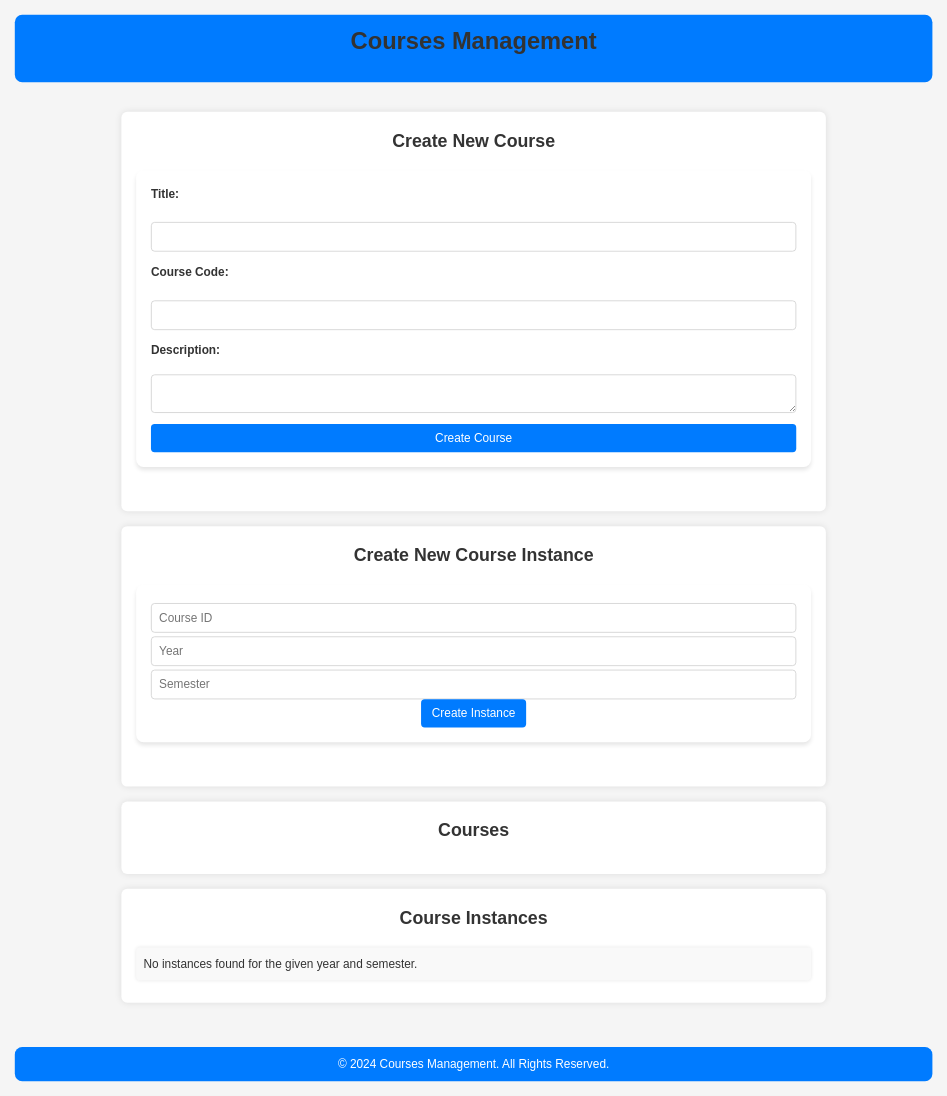
Repository: Rajdeep00-bit/Course_frontend
Page: /
These files come from the project's save history. The page is drawn as it stood at one moment and after the next save; the edit follows.
The browser window is 1280 px wide. The pictures show the whole page, at 74% of full size.
The page's requests for data from a server got no answer. The project was rebuilt for these pictures with package versions that can differ from the ones it lists, and the page was loaded fresh each time. No one was signed in, and anything a server would have sent is missing. Also part of the build but not shown: src/components/CourseInstanceDetails.js.

Above is the page before, as saved 2024-09-11 01:05:24.

### src/index.css
/* Reset some default styles */
* {
  margin: 0;
  padding: 0;
  box-sizing: border-box;
}

body {
  font-family: 'Arial', sans-serif;
  background-color: #f4f4f9;
  color: #333;
  line-height: 1.6;
  padding: 20px;
}

h1, h2, h3, h4, h5, h6 {
  margin-bottom: 20px;
  color: #333;
}

.container {
  max-width: 1200px;
  margin: 0 auto;
  padding: 20px;
}

/* General button styles */
button {
  background-color: #007bff;
  color: white;
  padding: 10px 15px;
  border: none;
  border-radius: 5px;
  cursor: pointer;
  font-size: 16px;
  transition: background-color 0.3s ease;
}

button:hover {
  background-color: #0056b3;
}

/* Form styles */
form {
  background-color: white;
  padding: 20px;
  margin-bottom: 40px;
  border-radius: 10px;
  box-shadow: 0 4px 6px rgba(0, 0, 0, 0.1);
}

form div {
  margin-bottom: 15px;
}

form label {
  display: block;
  margin-bottom: 5px;
  font-weight: bold;
}

form input[type="text"],
form input[type="number"],
form select {
  width: 100%;
  padding: 10px;
  margin-top: 5px;
  border: 1px solid #ccc;
  border-radius: 5px;
  font-size: 16px;
}

/* List styles */
ul {
  list-style: none;
  padding: 0;
}

li {
  background-color: white;
  padding: 15px;
  margin-bottom: 10px;
  border-radius: 10px;
  display: flex;
  justify-content: space-between;
  align-items: center;
  box-shadow: 0 4px 6px rgba(0, 0, 0, 0.1);
}

li button {
  background-color: #dc3545;
}

li button:hover {
  background-color: #c82333;
}

/* Header styles */
header {
  background-color: #007bff;
  color: white;
  padding: 20px;
  text-align: center;
  border-radius: 10px;
  margin-bottom: 40px;
}

/* Course and Course Instance Styles */
.course, .course-instance {
  display: flex;
  justify-content: space-between;
  align-items: center;
  padding: 15px;
  margin-bottom: 10px;
  background-color: white;
  border-radius: 10px;
  box-shadow: 0 4px 6px rgba(0, 0, 0, 0.1);
}

.course-info, .instance-info {
  display: flex;
  flex-direction: column;
}

.course-info h3, .instance-info h3 {
  margin-bottom: 5px;
}

/* Footer */
footer {
  text-align: center;
  padding: 20px;
  margin-top: 40px;
  background-color: #007bff;
  color: white;
  border-radius: 10px;
}

### src/App.js
import React, { useEffect, useState } from 'react';
import './App.css';
import CourseForm from './components/CourseForm';
import CourseInstanceForm from './components/CourseInstanceForm';
import CourseInstanceList from './components/CourseInstanceList';
import CourseList from './components/CourseList';
import CourseInstanceDetails from './components/CourseInstanceDetails';

function App() {
  const [courses, setCourses] = useState([]);
  const [instances, setInstances] = useState([]);
  const [year, setYear] = useState('');
  const [semester, setSemester] = useState('');
  const [selectedInstance, setSelectedInstance] = useState(null);
  const [fetchNewCourse, setFetchNewCourse] = useState(true);

  // Fetch all courses
  const fetchCourses = () => {
    fetch('http://127.0.0.1:8000/api/courses')
      .then(response => response.json())
      .then(data => setCourses(data))
      .catch((error) => {
        console.error('Error fetching courses:', error);
      });
  };

  // Fetch all course instances based on year and semester
  const fetchInstances = () => {
    if (!year || !semester) return;  // Prevent fetching if year or semester is not set
    fetch(`http://127.0.0.1:8000/api/instances/${year}/${semester}`)
      .then(response => response.json())
      .then(data => setInstances(data))  // Immediately update state with fetched instances
      .catch((error) => {
        console.error('Error fetching instances:', error);
      });
  };

  // Fetch course instance details for a specific instance
  const viewInstanceDetails = (id) => {
    fetch(`http://127.0.0.1:8000/api/instances/${year}/${semester}/${id}`)
      .then(response => response.json())
      .then(data => setSelectedInstance(data))  // Set selected instance to display its details
      .catch((error) => {
        console.error('Error fetching instance details:', error);
      });
  };

  // Delete a course instance and update the state in real-time
  const deleteInstance = (id) => {
    if (!window.confirm("Are you sure you want to delete this course instance?")) {
      return;
    }

    fetch(`http://127.0.0.1:8000/api/instances/${id}`, {
      method: 'DELETE'
    })
    .then(response => {
      if (response.ok) {
        // Update the instances state immediately after deletion
        const updatedInstances = instances.filter(instance => instance.id !== id);
        setInstances(updatedInstances);
        setSelectedInstance(null); // Clear selected instance after deletion
        alert("Instance deleted successfully.");
      } else {
        return response.json().then(err => Promise.reject(err));
      }
    })
    .catch((error) => {
      console.error('Error deleting instance:', error);
      alert("Failed to delete the instance. Please try again.");
    });
  };

  // Delete a course and update the state in real-time
  const deleteCourse = (id) => {
    if (!window.confirm("Are you sure you want to delete this course?")) {
      return;
    }

    fetch(`http://127.0.0.1:8000/api/courses/${id}`, {
      method: 'DELETE'
    })
    .then(response => {
      if (response.ok) {
        // Update the courses state immediately after deletion
        const updatedCourses = courses.filter(course => course.id !== id);
        setCourses(updatedCourses);
        alert("Course deleted successfully.");
      } else {
        return response.json().then(err => Promise.reject(err));
      }
    })
    .catch((error) => {
      console.error('Error deleting course:', error);
      alert("Failed to delete the course. Please try again.");
    });
  };

  // Fetch courses on component mount
  useEffect(() => {
    fetchCourses();
  }, []);

  // Re-fetch instances whenever year/semester changes
  useEffect(() => {
    fetchInstances();
  }, [year, semester]);

  return (
    <div className="App">
      <header className="header">
        <h1>Courses Management</h1>
      </header>

      <div className="container">
        {/* Section for Creating a New Course */}
        <section className="section">
          <h2>Create New Course</h2>
          <CourseForm onCourseCreated={fetchCourses} setFetchNewCourse={setFetchNewCourse} />
        </section>

        {/* Section for Creating a New Course Instance */}
        <section className="section">
          <h2>Create New Course Instance</h2>
          <CourseInstanceForm
            onInstanceCreated={fetchInstances}
            year={year}
            semester={semester}
            setYear={setYear}
            setSemester={setSemester}
            fetchNewCourse={fetchNewCourse}
            setFetchNewCourse={setFetchNewCourse}
          />
        </section>

        {/* Section for Displaying the List of Courses */}
        <section className="section">
          <h2>Courses</h2>
          <CourseList
            courses={courses}
            fetchCourses={fetchCourses}
            deleteCourse={deleteCourse}  // Pass delete function to CourseList
          />
        </section>

        {/* Section for Displaying the List of Course Instances */}
        <section className="section">
          <h2>Course Instances</h2>
          <CourseInstanceList
            instances={instances}
            fetchInstances={fetchInstances}
            year={year}
            semester={semester}
            viewInstanceDetails={viewInstanceDetails}  // Pass function to view instance details
            deleteInstance={deleteInstance}  // Pass delete function to CourseInstanceList
          />
        </section>

        {/* Section for Displaying Selected Course Instance Details */}
        {selectedInstance && (
          <section className="section">
            <h2>Course Instance Details</h2>
            <CourseInstanceDetails
              instance={selectedInstance}
              fetchInstances={fetchInstances}  // Pass fetchInstances to refresh list after deletion
            />
            <button onClick={() => deleteInstance(selectedInstance.id)}>Delete Instance</button> {/* Delete Button */}
          </section>
        )}
      </div>

      <footer className="footer">
        <p>&copy; 2024 Courses Management. All Rights Reserved.</p>
      </footer>
    </div>
  );
}

export default App;

### src/App.css
body {
  margin: 0;
  font-family: Arial, sans-serif;
  background-color: #f5f5f5;
}

.App {
  text-align: center;
}

.header {
  background-color: #007bff;
  color: white;
  padding: 10px 0;
  margin-bottom: 20px;
}

.container {
  width: 80%;
  margin: 0 auto;
}

.section {
  background-color: white;
  padding: 20px;
  margin-bottom: 20px;
  box-shadow: 0px 0px 10px rgba(0, 0, 0, 0.1);
  border-radius: 8px;
}

.form {
  display: flex;
  flex-direction: column;
  gap: 15px;
}

.form label {
  font-weight: bold;
  text-align: left;
}

.form input, .form textarea, .form select {
  padding: 10px;
  border-radius: 5px;
  border: 1px solid #ccc;
}

.form button {
  padding: 10px;
  background-color: #007bff;
  color: white;
  border: none;
  border-radius: 5px;
  cursor: pointer;
}

.form button:hover {
  background-color: #0056b3;
}

ul {
  list-style-type: none;
  padding: 0;
}

ul li {
  background-color: #f9f9f9;
  margin: 10px 0;
  padding: 10px;
  border-radius: 5px;
  box-shadow: 0px 0px 5px rgba(0, 0, 0, 0.1);
}

ul li button {
  margin-left: 10px;
}

.course-details, .instance-details {
  margin-top: 20px;
  text-align: left;
}

.footer {
  background-color: #007bff;
  color: white;
  padding: 10px 0;
  margin-top: 20px;
}

### src/components/CourseForm.js
import React, { useState } from 'react';

function CourseForm({ onCourseCreated, setFetchNewCourse }) {
  const [title, setTitle] = useState('');
  const [courseCode, setCourseCode] = useState('');
  const [description, setDescription] = useState('');

  const handleSubmit = (event) => {
    event.preventDefault();

    const course = {
      title: title,
      course_code: courseCode,
      description: description
    };

    fetch('http://127.0.0.1:8000/api/courses', {
      method: 'POST',
      headers: {
        'Content-Type': 'application/json'
      },
      body: JSON.stringify(course)
    })
      .then(response => response.json())
      .then(data => {
        setTitle('');
        setCourseCode('');
        setDescription('');
        setFetchNewCourse(true);
        onCourseCreated();
      })
      .catch((error) => {
        console.error('Error creating course:', error);
      });
  };

  return (
    <form className="form" onSubmit={handleSubmit}>
      <label>Title:</label>
      <input
        type="text"
        value={title}
        onChange={(e) => setTitle(e.target.value)}
        required
      />

      <label>Course Code:</label>
      <input
        type="text"
        value={courseCode}
        onChange={(e) => setCourseCode(e.target.value)}
        required
      />

      <label>Description:</label>
      <textarea
        value={description}
        onChange={(e) => setDescription(e.target.value)}
        required
      />

      <button type="submit">Create Course</button>
    </form>
  );
}

export default CourseForm;

### src/components/CourseInstanceForm.js
import React, { useState } from 'react';

function CourseInstanceForm({ year, semester, setYear, setSemester, fetchInstances }) {
  const [courseId, setCourseId] = useState('');

  // Function to handle form submission
  const handleSubmit = (event) => {
    event.preventDefault();

    // Ensure the year, semester, and course ID are provided
    if (!courseId || !year || !semester) {
      console.error('All fields must be filled');
      return;
    }

    // Create a new course instance
    fetch('http://127.0.0.1:8000/api/instances/', {
      method: 'POST',
      headers: {
        'Content-Type': 'application/json',
      },
      body: JSON.stringify({
        course: courseId,
        year: year,
        semester: semester,
      }),
    })
    .then(response => {
      if (response.ok) {
        console.log('Course instance created successfully');
        fetchInstances();  // Call fetchInstances to refresh the list
      } else {
        console.error('Failed to create course instance:', response.statusText);
      }
    })
    .catch((error) => {
      console.error('Error creating course instance:', error);
    });
  };

  return (
    <form onSubmit={handleSubmit}>
      <input
        type="text"
        placeholder="Course ID"
        value={courseId}
        onChange={(e) => setCourseId(e.target.value)}
      />
      <input
        type="number"
        placeholder="Year"
        value={year}
        onChange={(e) => setYear(e.target.value)}
      />
      <input
        type="number"
        placeholder="Semester"
        value={semester}
        onChange={(e) => setSemester(e.target.value)}
      />
      <button type="submit">Create Instance</button>
    </form>
  );
}

export default CourseInstanceForm;

### src/components/CourseInstanceList.js
import React from 'react';

function CourseInstanceList({ instances, setInstances, year, semester }) {

  // Fetch instance details (for display or debugging)
  const viewInstanceDetails = (id) => {
    fetch(`http://127.0.0.1:8000/api/instances/${year}/${semester}/${id}`)
      .then(response => response.json())
      .then(data => {
        console.log('Instance details:', data);  // Log or display instance details
      })
      .catch((error) => {
        console.error('Error fetching instance details:', error);
      });
  };

  const deleteInstance = (id) => {
    const currentYear = year || 2023;  // Set a default year
    const currentSemester = semester || 1;  // Set a default semester

    console.log(`Attempting to delete instance with ID: ${id}`);

    fetch(`http://127.0.0.1:8000/api/instances/${currentYear}/${currentSemester}/${id}`, {
      method: 'DELETE',
      headers: {
        'Content-Type': 'application/json',
      },
    })
    .then(response => {
      if (response.ok) {
        const updatedInstances = instances.filter(instance => instance.id !== id);
        setInstances(updatedInstances);  // Update state with the new instance list
        console.log('Instance deleted successfully');
      } else {
        // Log the status and message for better debugging
        return response.json().then(errorData => {
          console.error('Failed to delete instance:', response.status, errorData);
        });
      }
    })
    .catch((error) => {
      console.error('Error deleting instance:', error);
    });
  };






  return (
    <div>
      <ul>
        {instances.length === 0 ? (
          <li>No instances found for the given year and semester.</li>
        ) : (
          instances.map(instance => (
            <li key={instance.id}>
              {instance.course.title} - {instance.year}/{instance.semester}
              <button onClick={() => viewInstanceDetails(instance.id)}>View Details</button>
              <button onClick={() => deleteInstance(instance.id)}>Delete</button> {/* Delete without confirmation */}
            </li>
          ))
        )}
      </ul>
    </div>
  );
}

export default CourseInstanceList;

### src/components/CourseList.js
import React from 'react';

function CourseList({ courses, fetchCourses }) {

  const viewCourseDetails = (id) => {
    fetch(`http://127.0.0.1:8000/api/courses/${id}`)
      .then(response => response.json())
      .then(data => {
        console.log('Course details:', data);
      })
      .catch((error) => {
        console.error('Error fetching course details:', error);
      });
  };

  const deleteCourse = (id) => {
    fetch(`http://127.0.0.1:8000/api/courses/${id}`, {
      method: 'DELETE'
    })
      .then(() => fetchCourses())  // Refresh the course list after deletion
      .catch((error) => {
        console.error('Error deleting course:', error);
      });
  };

  return (
    <ul>
      {courses.map(course => (
        <li key={course.id}>
          {course.title} ({course.course_code})
          <button onClick={() => viewCourseDetails(course.id)}>View Details</button>
          <button onClick={() => deleteCourse(course.id)}>Delete</button>
        </li>
      ))}
    </ul>
  );
}

export default CourseList;

Loaded but not shown: src/index.js (common file)

After the next save:
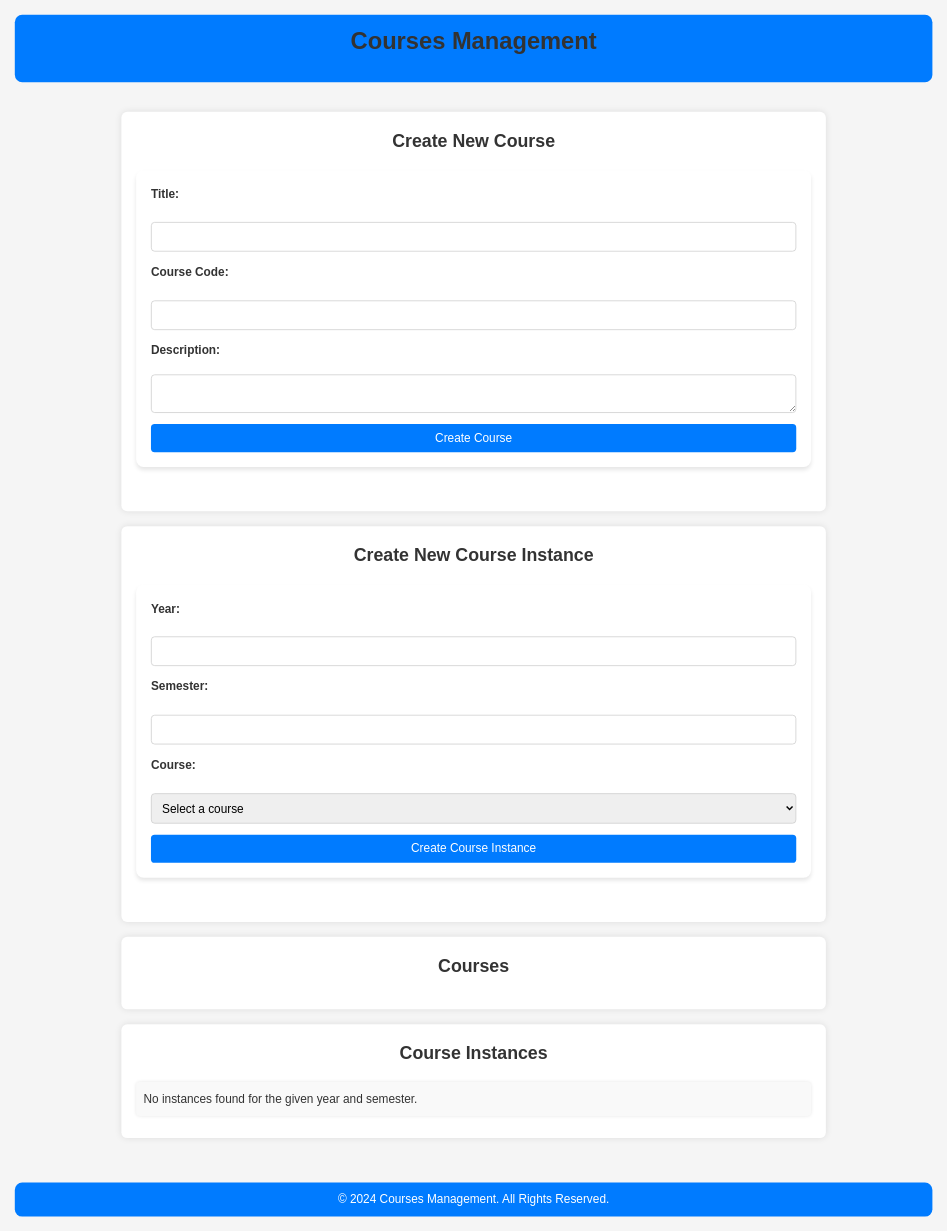
Saved 12 s later.
--- a/src/components/CourseInstanceForm.js
+++ b/src/components/CourseInstanceForm.js
@@ -1,64 +1,87 @@
-import React, { useState } from 'react';
+import React, { useEffect, useState } from 'react';
 
-function CourseInstanceForm({ year, semester, setYear, setSemester, fetchInstances }) {
+function CourseInstanceForm({ onInstanceCreated, year, semester, setYear, setSemester, fetchNewCourse, setFetchNewCourse, fetchInstances }) {
   const [courseId, setCourseId] = useState('');
+  const [courses, setCourses] = useState([]);
 
-  // Function to handle form submission
+  // Fetch the courses when a new course is created
+  useEffect(() => {
+    if (fetchNewCourse) {
+      setFetchNewCourse(false);
+      fetchCourses();
+    }
+  }, [fetchNewCourse, setFetchNewCourse]);
+
+  // Function to fetch the list of courses
+  const fetchCourses = () => {
+    fetch('http://127.0.0.1:8000/api/courses')
+      .then(response => response.json())
+      .then(data => setCourses(data))
+      .catch((error) => {
+        console.error('Error fetching courses:', error);
+      });
+  };
+
+  // Handle form submission
   const handleSubmit = (event) => {
     event.preventDefault();
 
-    // Ensure the year, semester, and course ID are provided
-    if (!courseId || !year || !semester) {
-      console.error('All fields must be filled');
-      return;
-    }
+    const courseInstance = {
+      course: courseId,
+      year: year,
+      semester: semester
+    };
 
-    // Create a new course instance
-    fetch('http://127.0.0.1:8000/api/instances/', {
+    // Post new course instance to the API
+    fetch('http://127.0.0.1:8000/api/instances', {
       method: 'POST',
       headers: {
-        'Content-Type': 'application/json',
+        'Content-Type': 'application/json'
       },
-      body: JSON.stringify({
-        course: courseId,
-        year: year,
-        semester: semester,
-      }),
+      body: JSON.stringify(courseInstance)
     })
-    .then(response => {
-      if (response.ok) {
-        console.log('Course instance created successfully');
-        fetchInstances();  // Call fetchInstances to refresh the list
-      } else {
-        console.error('Failed to create course instance:', response.statusText);
-      }
-    })
-    .catch((error) => {
-      console.error('Error creating course instance:', error);
-    });
+      .then(response => response.json())
+      .then(data => {
+        // Reset the form fields after successful submission
+        setCourseId('');
+        setYear('');         // Reset year field
+        setSemester('');     // Reset semester field
+
+        onInstanceCreated();  // Callback to refresh other components if needed
+        fetchInstances();     // Refresh the course instance list
+      })
+      .catch((error) => {
+        console.error('Error creating course instance:', error);
+      });
   };
 
   return (
-    <form onSubmit={handleSubmit}>
+    <form className="form" onSubmit={handleSubmit}>
+      <label>Year:</label>
       <input
         type="text"
-        placeholder="Course ID"
-        value={courseId}
-        onChange={(e) => setCourseId(e.target.value)}
-      />
-      <input
-        type="number"
-        placeholder="Year"
         value={year}
         onChange={(e) => setYear(e.target.value)}
+        required
       />
+
+      <label>Semester:</label>
       <input
-        type="number"
-        placeholder="Semester"
+        type="text"
         value={semester}
         onChange={(e) => setSemester(e.target.value)}
+        required
       />
-      <button type="submit">Create Instance</button>
+
+      <label>Course:</label>
+      <select value={courseId} onChange={(e) => setCourseId(e.target.value)} required>
+        <option value="">Select a course</option>
+        {courses.map(course => (
+          <option key={course.id} value={course.id}>{course.title}</option>
+        ))}
+      </select>
+
+      <button type="submit">Create Course Instance</button>
     </form>
   );
 }
